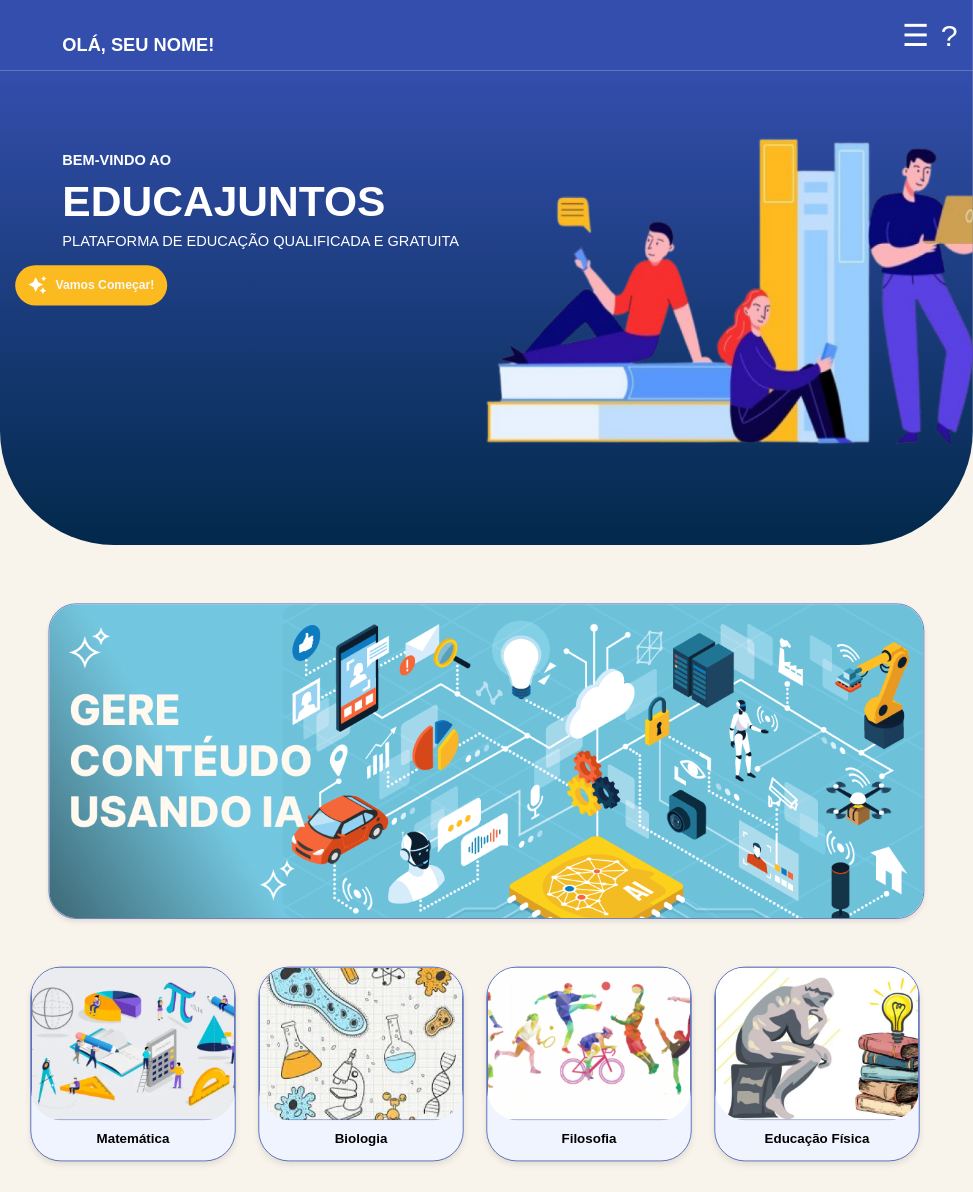
Repository: Matheus904-12/EDUCAJUNTOS
Page: inicio/index.html
The author's editor kept a copy of each file at every save. The page is drawn from the files as they stood at one save, then again after the next save.
The browser window is 1280 px wide. The pictures show the whole page, at 76% of full size.

Above is the page before, as saved 2024-10-28 20:09:45.

After the next save:
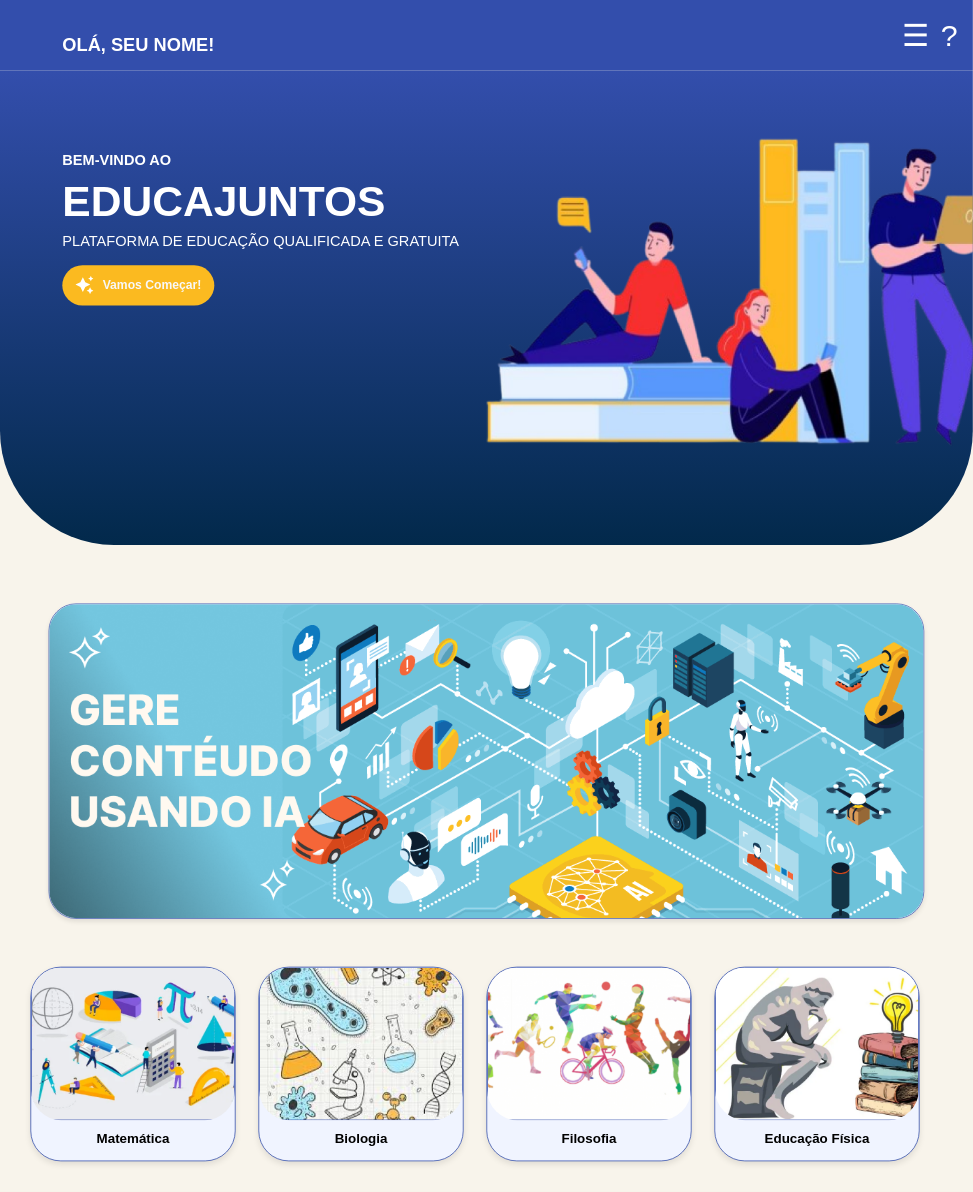
Saved 30 s later.
--- a/inicio/style.css
+++ b/inicio/style.css
@@ -147,7 +147,7 @@ nav {
     background: #fbba20;
     cursor: pointer;
     transition: all 450ms ease-in-out;
-    left: 15%;
+    margin-left: 5%;
   }
 
   .sparkle {
